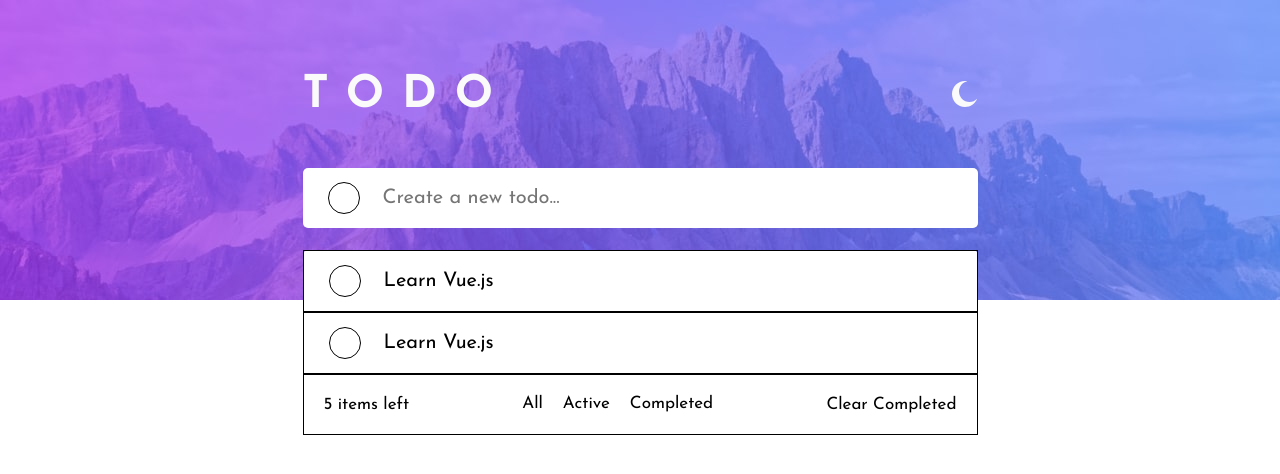
Repository: tomas938/todo-app
Page: /
An editor plug-in stored every save of this project. The page is shown before and after the next save, followed by the edit.
The browser window is 1280 px wide. The pictures show the whole page.
The project was rebuilt for these pictures with package versions that can differ from the ones it lists, and the page was loaded fresh each time.

Above is the page before, as saved 2021-08-18 11:54:38.

### src/main.js
import { createApp } from "vue";
import App from "./App.vue";
import router from "./router";

createApp(App)
	.use(router)
	.mount("#app");

### src/App.vue
<template>
	<router-view />
</template>

<style lang="scss">
@import "/src/scss/_variables";
:root {
	--items-bg-color: hsl(0, 0%, 100%);
	--body-bg: hsl(233, 11%, 84%);
}
* {
	margin: 0;
	padding: 0;
	box-sizing: border-box;
}
html {
	font-size: 62.5%;
}
body {
	font-size: 1.8rem;
	font-family: $font-primary;
}
body {
	.light {
		background-color: red;
	}
}
li {
	list-style: none;
}
</style>

### src/router/index.js
import { createRouter, createWebHashHistory } from "vue-router";
import Home from "../views/Home.vue";

const routes = [
	{
		path: "/",
		name: "Home",
		component: Home,
	},
];

const router = createRouter({
	history: createWebHashHistory(),
	routes,
});

export default router;

### src/scss/_variables.scss
// LINK COLLORS-PRIMARY //

$primary: hsl(220, 98%, 61%);
$primary-bg: linear-gradient hsl(192, 100%, 67%) to hsl(280, 87%, 65%);

// LINK LIGHT THEME //

$light-gray: hsl(0, 0%, 98%);
$very-light-grayish-blue: hsl(236, 33%, 92%);
$light-grayish-blue: hsl(233, 11%, 84%);
$dark-grayish-blue: hsl(236, 9%, 61%);
$very-dark-grayish-blue: hsl(235, 19%, 35%);

// LINK DARK THEME //

$very-dark-blue: hsl(235, 21%, 11%);
$dark-desaturated-blue: hsl(235, 24%, 19%);
$light-grayish-blue--dark: hsl(234, 39%, 85%);
$light-grayish-blue--dark-hover: hsl(236, 33%, 92%);
$dark-grayish-blue--dark: hsl(234, 11%, 52%);
$very-dark-grayish-blue--dark: hsl(233, 14%, 35%);
$very-dark-grayish-blue--dark-2: hsl(237, 14%, 26%);

// LINK FONT //

@import url("https://fonts.googleapis.com/css2?family=Josefin+Sans:wght@400;700&display=swap");
$font-primary: "Josefin Sans", sans-serif;
$light: 400;
$bold: 700;

### src/views/Home.vue
<template>
	<Header />
	<Todos />
</template>

<script>
import Header from "../components/Header";
import Todos from "../components/Todos.vue";
export default {
	components: {
		Header,
		Todos,
	},
};
</script>
<style lang="scss"></style>

### src/components/Header.vue
<template>
	<header>
		<nav class="nav container">
			<div class="nav__title">
				<h1>todo</h1>
			</div>
			<svg
				v-if="ligth"
				@click="changeTheme"
				class="nav__theme"
				xmlns="http://www.w3.org/2000/svg"
				width="26"
				height="26"
			>
				<path
					fill="#fafafa"
					fill-rule="evenodd"
					d="M13 0c.81 0 1.603.074 2.373.216C10.593 1.199 7 5.43 7 10.5 7 16.299 11.701 21 17.5 21c2.996 0 5.7-1.255 7.613-3.268C23.22 22.572 18.51 26 13 26 5.82 26 0 20.18 0 13S5.82 0 13 0z"
				/>
			</svg>
			<svg
				v-else
				@click="changeTheme"
				xmlns="http://www.w3.org/2000/svg"
				width="26"
				height="26"
			>
				<path
					fill="#fafafa"
					fill-rule="evenodd"
					d="M13 21a1 1 0 011 1v3a1 1 0 11-2 0v-3a1 1 0 011-1zm-5.657-2.343a1 1 0 010 1.414l-2.121 2.121a1 1 0 01-1.414-1.414l2.12-2.121a1 1 0 011.415 0zm12.728 0l2.121 2.121a1 1 0 01-1.414 1.414l-2.121-2.12a1 1 0 011.414-1.415zM13 8a5 5 0 110 10 5 5 0 010-10zm12 4a1 1 0 110 2h-3a1 1 0 110-2h3zM4 12a1 1 0 110 2H1a1 1 0 110-2h3zm18.192-8.192a1 1 0 010 1.414l-2.12 2.121a1 1 0 01-1.415-1.414l2.121-2.121a1 1 0 011.414 0zm-16.97 0l2.121 2.12A1 1 0 015.93 7.344L3.808 5.222a1 1 0 011.414-1.414zM13 0a1 1 0 011 1v3a1 1 0 11-2 0V1a1 1 0 011-1z"
				/>
			</svg>
		</nav>
		<div class="new-todo">
			<input type="text" placeholder="Create a new todo..." />
		</div>
	</header>
</template>

<script>
export default {
	data() {
		return {
			ligth: true,
			body: document.body,
		};
	},
	methods: {
		changeTheme() {
			this.ligth = !this.ligth;
			if (!this.ligth) {
				this.body.classList.remove("light");
				this.body.classList.add("dark");
			} else {
				this.body.classList.remove("dark");
				this.body.classList.add("light");
			}
		},
	},
	mounted() {
		this.body.classList.add("light");
	},
};
</script>

<style lang="scss" scoped>
@import "/src/scss/_variables";

header {
	height: 30rem;
	display: flex;
	flex-direction: column;
	align-items: center;
	justify-content: center;
	gap: 5rem;
	padding: 3rem;
	background-image: url(../assets/bg-desktop-light.jpg);
	background-repeat: no-repeat;
	background-size: cover;
}
.nav {
	max-width: 67.5rem;
	width: 100%;
	display: flex;
	justify-content: space-between;
	align-items: baseline;
	&__title h1 {
		font-size: 4.5rem;
		letter-spacing: 1.8rem;
		text-transform: uppercase;
	}

	svg {
		cursor: pointer;
	}
}
.new-todo {
	max-width: 67.5rem;
	width: 100%;
	position: relative;
	&::before {
		content: "";
		position: absolute;
		top: 50%;
		transform: translateY(-50%);
		left: 2.5rem;
		width: 3rem;
		height: 3rem;
		border-radius: 50%;
		border: 1px solid black;
	}
}
input {
	width: 100%;
	outline: none;
	border: none;
	padding: 2rem;
	padding-left: 8rem;
	border-radius: 0.5rem;
	font-size: 2rem;
	font-family: $font-primary;
	font-weight: $light;
}
h1 {
	color: $light-gray;
}
</style>

### src/components/Todos.vue
<template>
	<main>
		<ul class="todos">
			<li class="todo-item">
				<span>Learn Vue.js</span>
			</li>
			<li class="todo-item">
				<span>Learn Vue.js</span>
			</li>
			<div class="filters">
				<div class="items-left">
					<span>5 items left</span>
				</div>
				<div class="filter">
					<span>All</span>
					<span>Active</span>
					<span>Completed</span>
				</div>
				<div class="clear">
					<span>Clear Completed</span>
				</div>
			</div>
		</ul>
	</main>
</template>

<script>
export default {};
</script>

<style lang="scss" scoped>
@import "/src/scss/_variables";

main {
	display: flex;
	justify-content: center;
	transform: translateY(-5rem);
}
.todos {
	max-width: 67.5rem;
	width: 100%;
	border-radius: 0.5rem;
	background-color: var(--items-bg-color);
}
.todo-item {
	position: relative;
	width: 100%;
	padding: 2rem;
	padding-left: 8rem;
	font-size: 2rem;
	font-family: $font-primary;
	font-weight: $light;
	border: 1px solid black;

	// FIXME maybe group styling //
	&::before {
		cursor: pointer;
		content: "";
		position: absolute;
		top: 50%;
		transform: translateY(-50%);
		left: 2.5rem;
		width: 3rem;
		height: 3rem;
		border-radius: 50%;
		border: 1px solid black;
	}
	&::after {
		opacity: 0;
		cursor: pointer;
		content: "";
		position: absolute;
		right: 2.5rem;
		width: 2.6rem;
		height: 2.6rem;
		background-image: url(../assets/icon-cross.svg);
		background-repeat: no-repeat;
	}
	&:hover:after {
		transition: opacity 0.5s ease-in-out;
		opacity: 1;
	}
}
.filters {
	display: flex;
	justify-content: space-between;
	border: 1px solid black;
	padding: 2rem;
	.filter {
		display: flex;
		gap: 2rem;
		span {
			&:first-child {
			}
		}
	}
	.items-left {
		span {
			cursor: auto;
		}
	}
	span {
		cursor: pointer;
		font-size: 1.7rem;
	}
}
</style>

Loaded but not shown: public/index.html (common file)

After the next save:
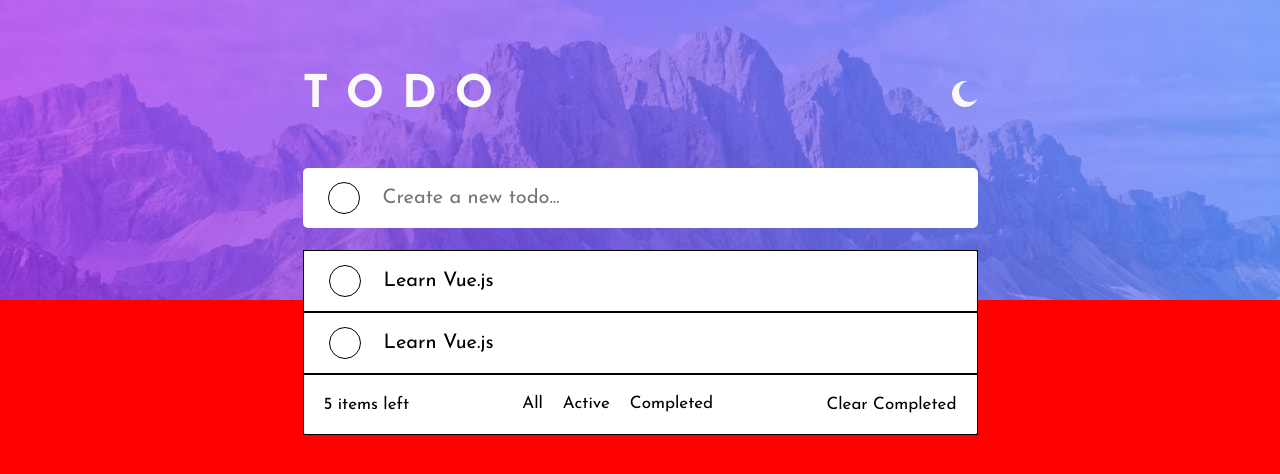
Saved 6 s later.
--- a/src/App.vue
+++ b/src/App.vue
@@ -19,10 +19,10 @@
 body {
 	font-size: 1.8rem;
 	font-family: $font-primary;
+	background-color: red;
 }
 body {
 	.light {
-		background-color: red;
 	}
 }
 li {

After the save that followed:
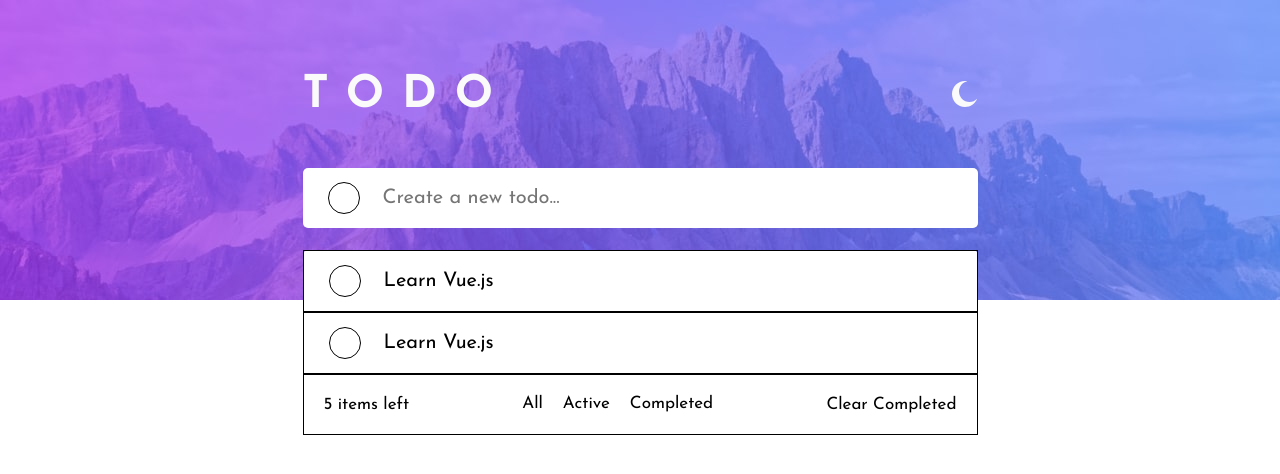
Saved 6 s later.
--- a/src/App.vue
+++ b/src/App.vue
@@ -19,12 +19,11 @@
 body {
 	font-size: 1.8rem;
 	font-family: $font-primary;
-	background-color: red;
-}
-body {
 	.light {
+		background-color: red;
 	}
 }
+
 li {
 	list-style: none;
 }
